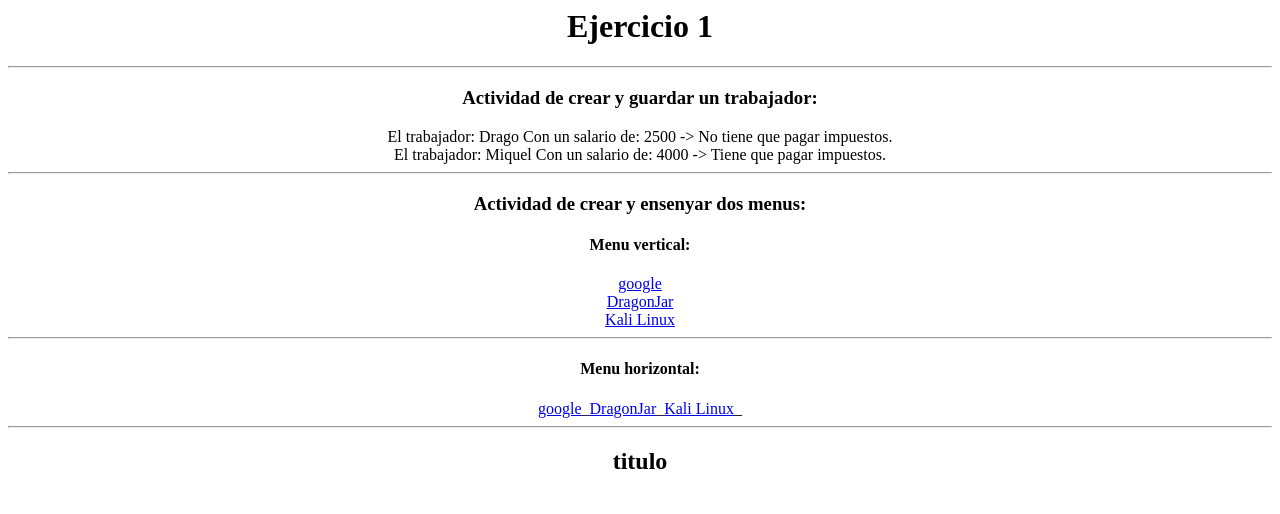
Repository: IlDragoDoro/atomClass
Page: http://localhost/ejercicio1.php
An editor plug-in stored every save of this project. The page is shown before and after the next save, followed by the edit.
The browser window is 1280 px wide. The pictures show the whole page.
The page is run by PHP 8.4 with error messages shown; the project is at /var/www/html/.

Above is the page before, as saved 2020-12-03 11:27:12.

After the next save:
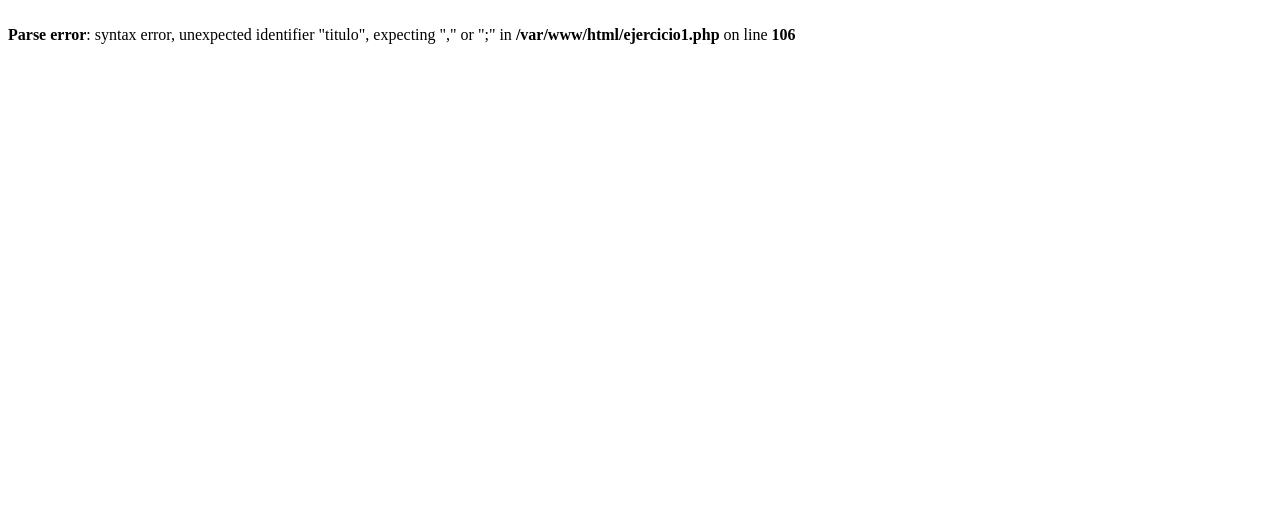
Saved 32 s later.
--- a/DWS/POO/ejercicio1.php
+++ b/DWS/POO/ejercicio1.php
@@ -98,7 +98,7 @@
     }
     //Creo la función para mostrar el header
     public function mostrar(){
-        echo '<h2 style="text-align:'.$this->posicion.';">'.$this->titulo.'</h2>';
+        echo '<h2 style="text-align:'.$this->posicion.';background-color:'.$this->fondo.">'.$this->titulo.'</h2>';
     }
 }
 

After the save that followed:
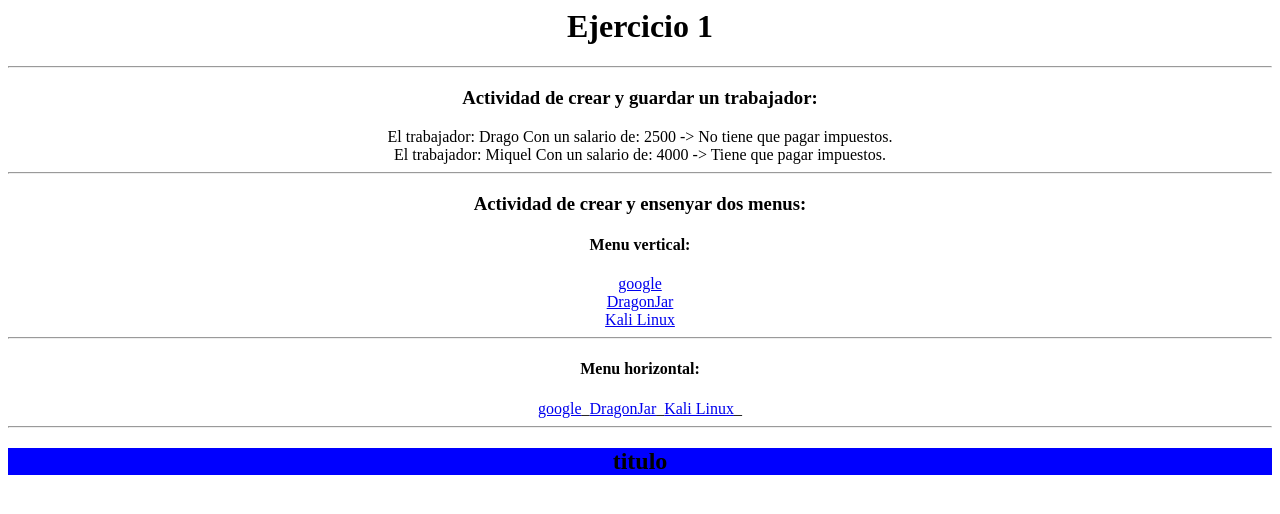
Saved 8 s later.
--- a/DWS/POO/ejercicio1.php
+++ b/DWS/POO/ejercicio1.php
@@ -98,7 +98,7 @@
     }
     //Creo la función para mostrar el header
     public function mostrar(){
-        echo '<h2 style="text-align:'.$this->posicion.';background-color:'.$this->fondo.">'.$this->titulo.'</h2>';
+        echo '<h2 style="text-align:'.$this->posicion.';background-color:'.$this->fondo.'">'.$this->titulo.'</h2>';
     }
 }
 
